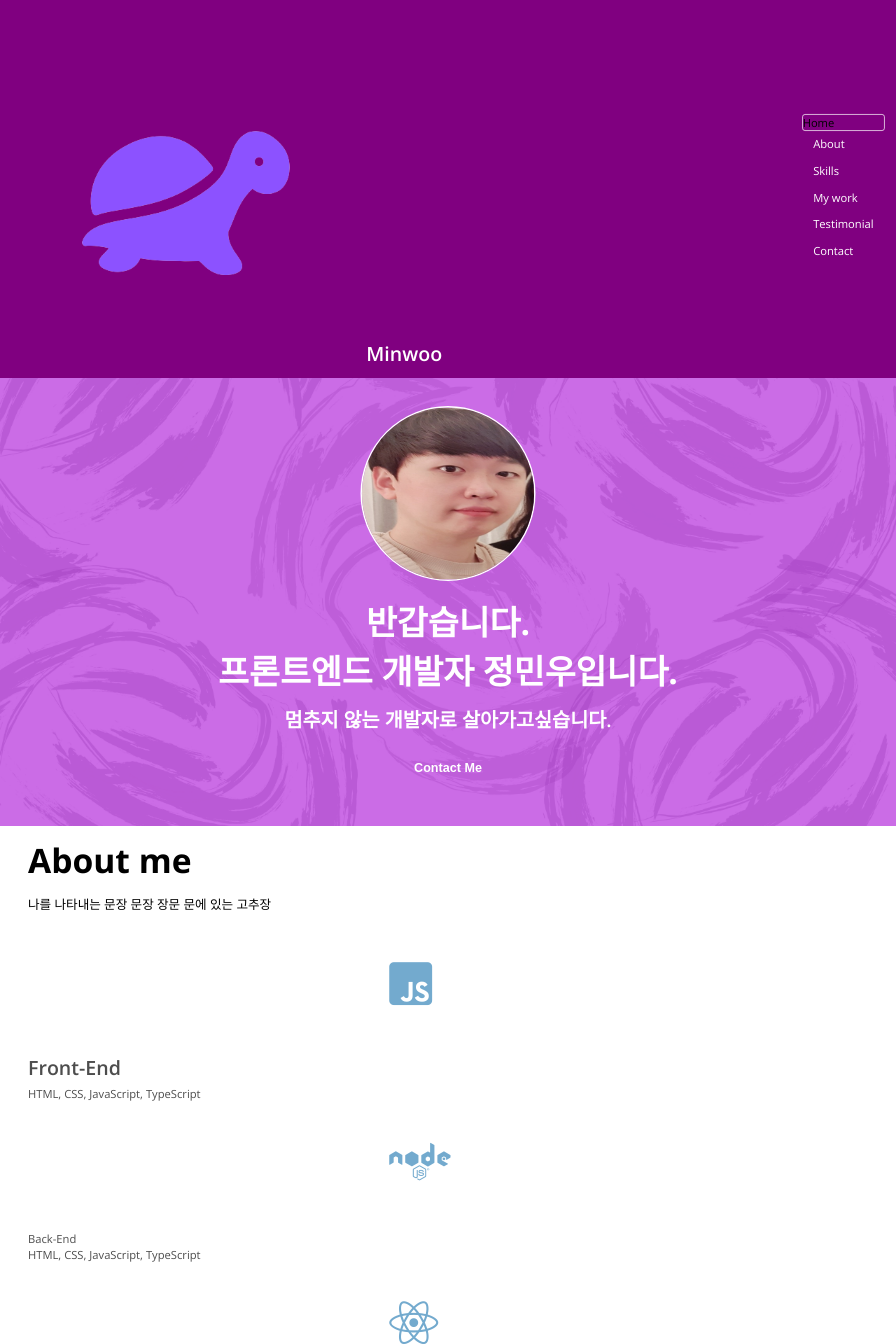
Repository: DevMinwoo-Jung/MinwooPortfolio
Page: index.html
These files come from the project's save history. The page is drawn as it stood at one moment and after the next save; the edit follows.
The browser window is 1280 px wide. The pictures show the part of the page from y = 0 to 1920 px (the page is 5955 px tall), at 70% of full size.

Above is the page before, as saved 2021-06-01 11:34:12.

### index.html
<!DOCTYPE html>
<html lang="en">
<head>
  <meta charset="UTF-8">
  <meta http-equiv="X-UA-Compatible" content="IE=edge">
  <meta name="viewport" content="width=device-width, initial-scale=1.0">
  <title>Minwoo's Portfolio</title>
  <meta name="description" content="(will be) world-renowned Front-End Web developer Minwoo">
  <meta name="author" content= "Minwoo Jung">
  <link rel="icon" type ="image/png" href="imgs/favicon.png">
  <link rel="stylesheet" href="https://use.fontawesome.com/releases/v5.15.3/css/all.css" integrity="sha384-SZXxX4whJ79/gErwcOYf+zWLeJdY/qpuqC4cAa9rOGUstPomtqpuNWT9wdPEn2fk" crossorigin="anonymous">
  <link rel="preconnect" href="https://fonts.gstatic.com">
<link href="https://fonts.googleapis.com/css2?family=Open+Sans:wght@400;600;700&display=swap" rel="stylesheet">
<link rel="stylesheet" href="style.css">
<script src="main.js" defer></script>
</head>
<body>
  <!-- Navbar -->
  <nav id="navbar">
    <div class="navbar__logo">
      <img src="imgs/favicon.png" alt="">
      <a href="#">Minwoo</a>
    </div>
    <div class="navbar__menu">
      <ul class="nvabar__menu">
        <li class="navbar__menu__item--active">Home</li>
        <li class="navbar__menu__item">About</li>
        <li class="navbar__menu__item">Skills</li>
        <li class="navbar__menu__item">My work</li>
        <li class="navbar__menu__item">Testimonial</li>
        <li class="navbar__menu__item">Contact</li>
      </ul>
    </div>
  <!-- Toggle Button -->
      <button class="navbar__toggle-btn">
        <i class="fas fa-bars"></i>
      </button>
  </nav>


  <!-- Home -->
  <section id="home">
    <img src="imgs/myPhoto.jpg" alt="Minwoo's profile photo" class="home__avatar">
    <h1 class="home__title">반갑습니다. <br> 프론트엔드 개발자 정민우입니다.</h1>
    <h2 class="home__description">멈추지 않는 개발자로 살아가고싶습니다.</h2>
    <button class="home__contact">Contact Me</button>
  </section>
  <!-- About -->
  <section id="about" class="section__container">
    <h1>About me</h1>
    <p>나를 나타내는 문장 문장 장문 문에 있는 고추장</p>
    <div class="about__majors">
      <div class="major">
        <div class="major__icon">
          <i class="fab fa-js-square"></i>
        </div>
        <h2 class="major__title">Front-End</h2>
        <div class="major__description">
          HTML, CSS, JavaScript, TypeScript
        </div>
      </div>
      <div class="major">
        <div class="major__icon">
          <i class="fab fa-node"></i>
        </div>
        <div class="major__title">Back-End</div>
        <div class="major__description">
          HTML, CSS, JavaScript, TypeScript
        </div>
      </div>
      <div class="major">
        <div class="major__icon">
          <i class="fab fa-react"></i>
        </div>
        <div class="major__title">Framework</div>
        <div class="major__description">
          HTML, CSS, JavaScript, TypeScript
        </div>
      </div>
    </div>
    <div class="aoubt__jobs">
      <div class="job">
        <img src="imgs/school.png" alt="" class="job__logo">
      </div>
      <div class="job__description">
        <p class="job__period">쌍용교육센터 - 2019.09 ~ 2020.04</p>
      </div>
      <div class="job">
        <img src="imgs/school.png" alt="" class="job__logo">
      </div>
      <div class="job__description">
        <p class="job__period">호서대학교 - 2012.02 ~ 2017.02</p>
      </div>
    </div>



  </section>
  <!-- Skills -->
  <section id="skills" class="section">
    <div class="section__container">
      <h1>Skills</h1>
      <h2>Skills & Attributes</h2>
      <p>
        나를 잘 포장할 말을 쓰면 된다
      </p>
      <div class="skillset">
        <div class="skillset__left">
          <h3 class="skillset__title">Skills</h3>
          <div class="skill">
            <div class="skill__description">
              <span>HTML</span>
              <span>90%</span>
            </div>
            <div class="skill__bar">
              <div class="skill__value" style="width: 99%;"></div>
            </div>
          </div>
          <div class="skill">
            <div class="skill__description">
              <span>JavaScript</span>
              <span>90%</span>
            </div>
            <div class="skill__bar">
              <div class="skill__value"  style="width: 99%;"></div>
            </div>
          </div>
          <div class="skill">
            <div class="skill__description">
              <span>CSS</span>
              <span>90%</span>
            </div>
            <div class="skill__bar">
              <div class="skill__value"  style="width: 90%;"></div>
            </div>
          </div>
          <div class="skill">
            <div class="skill__description">
              <span>TypeScript</span>
              <span>90%</span>
            </div>
            <div class="skill__bar">
              <div class="skill__value"  style="width: 85%;"></div>
            </div>
          </div>
          <div class="skill">
            <div class="skill__description">
              <span>NodeJs</span>
              <span>90%</span>
            </div>
            <div class="skill__bar">
              <div class="skill__value"  style="width: 80%;"></div>
            </div>
          </div>
        </div>
        <div class="skillset__right">
          <div class="tools">
            <h3 class="skillset__title">Tools</h3>
            <ul class="tools__list">
              <li><span>Visual Studio Code</span></li>
              <li><span>1</span></li>
              <li><span>2</span></li>
              <li><span>3</span></li>
              <li><span>4</span></li>
            </ul>
          </div>
          <div class="etc">
            <h3 class="skillset__title">Etc</h3>
            <ul class="etc__list">
              <li><span>Git</span></li>
              <li><span>Etc</span></li>
            </ul>
          </div>
        </div>
      </div>
    </div>
  </section>
  <!-- Work -->
  <section id="work" class="section">
<div class="section__container">
  <h1>My work</h1>
  <h3>Projects</h3>
  <div class="work__categories">
    <button class="category__btn active">All <span class="category__count">8</span></button>
    <button class="category__btn">Front-End <span class="category__count">3</span></button>
    <button class="category__btn">React <span class="category__count">2</span></button>
    <button class="category__btn">vanilaJs <span class="category__count">2</span></button>
    <button class="category__btn">nodeJs <span class="category__count">1</span></button>
  </div>
  <div class="work__projects">
    <a href="mygithub" class="project" target="blank" data-type="back-end">
    <img class="project__img" src="imgs/favicon.png" alt="project1">
    <!-- 이미지 추후에 넣자 -->
    <div class="project__description">
      <h3>Proejct</h3>
      <span>Clone coding with HTML and CSS</span>
    </div>
    </a>
    <a href="mygithub" class="project" target="blank" data-type="back-end">
      <img class="project__img" src="imgs/favicon.png" alt="project1">
      <!-- 이미지 추후에 넣자 -->
      <div class="project__description">
        <h3>Proejct</h3>
        <span>Clone coding with HTML and CSS</span>
      </div>
      </a>
      <a href="mygithub" class="project" target="blank" data-type="back-end">
        <img class="project__img" src="imgs/favicon.png" alt="project1">
        <!-- 이미지 추후에 넣자 -->
        <div class="project__description">
          <h3>Proejct</h3>
          <span>Clone coding with HTML and CSS</span>
        </div>
      </a>
      <a href="mygithub" class="project" target="blank" data-type="back-end">
        <img class="project__img" src="imgs/favicon.png" alt="project1">
        <!-- 이미지 추후에 넣자 -->
        <div class="project__description">
          <h3>Proejct</h3>
          <span>Clone coding with HTML and CSS</span>
        </div>
      </a>
      <a href="mygithub" class="project" target="blank" data-type="back-end">
        <img class="project__img" src="imgs/favicon.png" alt="project1">
        <!-- 이미지 추후에 넣자 -->
        <div class="project__description">
          <h3>Proejct</h3>
          <span>Clone coding with HTML and CSS</span>
        </div>
      </a>
      <a href="mygithub" class="project" target="blank" data-type="back-end">
        <img class="project__img" src="imgs/favicon.png" alt="project1">
        <!-- 이미지 추후에 넣자 -->
        <div class="project__description">
          <h3>Proejct</h3>
          <span>Clone coding with HTML and CSS</span>
        </div>
      </a>
      <a href="mygithub" class="project" target="blank" data-type="back-end">
        <img class="project__img" src="imgs/favicon.png" alt="project1">
        <!-- 이미지 추후에 넣자 -->
        <div class="project__description">
          <h3>Proejct</h3>
          <span>Clone coding with HTML and CSS</span>
        </div>
      </a>
      <a href="mygithub" class="project" target="blank" data-type="back-end">
        <img class="project__img" src="imgs/favicon.png" alt="project1">
        <!-- 이미지 추후에 넣자 -->
        <div class="project__description">
          <h3>Proejct</h3>
          <span>Clone coding with HTML and CSS</span>
        </div>
      </a>
  </div>
</div>
  </section>
  <!-- Testimonials -->
  <section id="testimonials" class="section">
<div class="section__container">
  <h1>Testmonials</h1>
  <h3>See what they say about me</h3>
  <div class="testimonials">
    <div class="testimonial">
      <img src="imgs/testimonail/people.jpg" alt="" class="testimonial__avatar">
      <div class="testimonail__speech-bubble">
        <p>Lorem Ipsum is simply dummy text of the printing and typesetting industry. Lorem Ipsum has been the industry's standard dummy text ever since the 1500s, when an unknown printer took a galley of type and scrambled it to make a type specimen book. It has survived not only five centuries, but also the leap into electronic typesetting, remaining essentially unchanged. It was popularised in the 1960s with the release of Letraset sheets containing Lorem Ipsum passages, and more recently with desktop publishing software like Aldus PageMaker including versions of Lorem Ipsum.</p>
        <p class="name"><a href="">이름</a>일한곳</p>
      </div>
    </div>
    <div class="testimonial">
      <div class="testimonail__speech-bubble">
        <p>Lorem Ipsum is simply dummy text of the printing and typesetting industry. Lorem Ipsum has been the industry's standard dummy text ever since the 1500s, when an unknown printer took a galley of type and scrambled it to make a type specimen book. It has survived not only five centuries, but also the leap into electronic typesetting, remaining essentially unchanged. It was popularised in the 1960s with the release of Letraset sheets containing Lorem Ipsum passages, and more recently with desktop publishing software like Aldus PageMaker including versions of Lorem Ipsum.</p>
        <p class="name"><a href="">이름</a>일한곳</p>
      </div>
      <img src="imgs/testimonail/people.jpg" alt="" class="testimonial__avatar">
    </div>
  </div>
</div>
  </section>
  <!-- Contact -->
  <section id="contact" class="section">
    <h1 class="contact__title">Let's talk</h1>
    <h2 class="contact__email">applejung312@gmail.com</h2>
    <div class="contact__links">
      <a href="https://github.com/DevMinwoo-Jung" target="_blank">
        <i class="fab fa-github"></i>
      </a>
      <a href="https://dev-minwoo.tistory.com/" target="_blank">
        <i class="fas fa-blog"></i>
      </a>
    </div>
    <p class="contact__right">
      2021 Minwoo Jung - All rights reseverd
    </p>
  </section>
</body>
</html>

### style.css
/* Global */
:root {
  /* Color */
  --color-white: #ffffff;
  --color-light-white: #eeeeee;
  --color-dark-white: #bdbdbd;
  --color-pink: #fe918d;
  --color-dark-pink: #ff6863;
  --color-dark-grey: #4d4d4d;
  --color-grey: #616161;
  --color-light-grey: #7c7979;
  --color-blue: #73aace;
  --color-yellow: #fff7d1;
  --color-orange: #feb546;
  --color-black: #000000;
  --color-dard-purple: rgb(78, 23, 69);

  /* Font size */
  --font-large: 48px;
  --font-medium: 28px;
  --font-regular: 18px;
  --font-small: 16px;
  --font-micro: 14px;

  /* Font weight */
  --weight-bold: 700;
  --weight-semi-bold: 600;
  --weight-regular: 400;

  /* Size */
  --size-border-radius: 4px;

  /* Animation Duration */
  --animation-duration: 300ms;
}

/* Universal tags */
* {
  box-sizing: border-box;
}

/* Typography */
h1 {
  font-size: var(--font-large);
  font-weight: var(--weight-bold);
  color: var(--color-black);
  margin: 16px 0px;
}

h2 {
  font-size: var(--font-medium);
  font-weight: var(--weight-semi-bold);
  color: var(--color-black);
  margin: 8px 0;
}

h3 {
  font-size: var(--font-regular);
  font-weight: var(--weight-regular);
  color: var(--color-black);
  margin: 8px 0;
}

p {
  font-size: var(--font-regular);
  font-weight: var(--weight-regular);
  color: var(--color-black);
  margin: 16px 0;
}

body {
  margin: 0;
  font-family: "Open Sans", sans-serif;
  cursor: default;
}

a {
  text-decoration: none;
  color: var(--color-white);
}

ul {
  list-style: none;
  padding-left: 0;
}

li {
  list-style: none;
}

button {
  background-color: transparent;
  cursor: pointer;
  border: none;
  outline: none;
}

/* Navbar */
#navbar {
  display: flex;
  justify-content: space-between;
  background-color: purple;
  align-items: center;
  padding: 16px;
}

.navbar__menu {
  display: flex;
}

.navbar__menu__item {
  padding: 8px 12px;
  margin: 0 4px;
  cursor: pointer;
  color: var(--color-white);
}

.navbar__menu__item--active {
  border: 1px solid var(--color-white);
  border-radius: var(--size-border-radius);
}

.navbar__menu__item:hover {
  background-color: var(--color-dard-purple);
  border-radius: var(--size-border-radius);
}

.navbar__logo {
  font-size: var(--font-medium);
  font-weight: var(--weight-semi-bold);
  color: white;
}
.navbar__toggle-btn {
  position: absolute;
  right: 32px;
  font-size: 24px;
  color: var(--color-white);
  top: 24px;
  display: none;
}

/* Home */
#home {
  background: url("imgs/background\ Img.png") center/cover no-repeat;
  padding: 40px;
  text-align: center;
}

.home__avatar {
  width: 250px;
  height: 250px;
  border-radius: 50%;
  border: 2px solid var(--color-white);
}

.home__title,
.home__description {
  color: var(--color-white);
}

.home__contact {
  color: var(--color-white);
  font-size: var(--font-regular);
  font-weight: var(--weight-bold);
  margin: 24px;
  padding: 8px 12px;
  border: 2px solid (var(--color-white));
  border-radius: var(--size-border-radius);
}

/* Section common */
.section {
  margin: auto;
  padding: 50px;
  text-align: center;
}

.section__container {
  max-width: 1200px;
  margin: auto;
}

/* About */
.aoubt__majors {
  display: flex;
  justify-content: space-between;
  margin: 80px 0;
}

.major__icon {
  width: 170px;
  height: 170px;
  font-size: 70px;
  line-height: 170px;
  margin: auto;
  border: 1px solid var(--color-white);
  border-radius: 50%;
  margin-bottom: 16px;
  color: var(--color-blue);
}

.major__icon:hover i {
  color: var(--color-pink);
  transform: rotate(-30deg) scale(1.1);
}

.major__icon i {
  transition: all var(--animation-duration) ease;
}

/*
.major__icon i:hover{
  이렇게하면 i에 올려났을때만 변하지만
  위처럼하면 icon에 올렸을때 i만 변한다
  color: var(--color-pink);
  transform: rotate(-30deg) scale(1.1);
} */

.major__title,
.major__description {
  color: var(--color-dark-grey);
}

.major__description {
  font-size: var(--font-small);
}

.job {
  display: flex;
  align-items: center;
}

.job__description {
  margin: 0 16px;
  text-align: left;
}

.job__name,
.job__period {
  color: var(--color-light-grey);
}

.job__name {
  font-size: var(--font-small);
}

.job__period {
  font-size: var(--font-micro);
}

/* Skill */
#skills {
  background-color: var(--color-yellow);
}

.skillset {
  display: flex;
  background-color: var(--color-light-grey);
  color: var(--color-light-white);
  margin: 20px 0;
}

.skillset__title {
  color: var(--color-white);
}

.skillset__left {
  flex-basis: 60%;
  background-color: var(--color-dark-grey);
  color: var(--color-white);
  padding: 20px 40px;
}

.skill__description {
  display: flex;
  justify-content: space-between;
}

.skillset__right {
  flex-basis: 40%;
}

.tools {
  background-color: var(--color-grey);
}

.skill__bar {
  width: 100%;
  height: 3px;
  background-color: var(--color-grey);
}

.skill {
  margin-bottom: 32px;
}

.skill__value {
  height: 3px;
  background-color: var(--color-orange);
}

.tolls,
.etc {
  padding: 20px;
}

/* Work */
.work__categories {
  margin: 40px;
}

.category__btn {
  border: 1px solid var(--color-dark-grey);
  border-radius: var(--size-border-radius);
  font-size: var(--font-regular);
  padding: 8px 48px;
}

.category__btn.active,
.category__btn:hover {
  background-color: var(--color-pink);
  color: var(--color-white);
}

.category__btn.active,
.category__count,
.category__btn:hover .category__count {
  opacity: 1;
  top: 0;
}
.category__count {
  background-color: var(--color-orange);
  border-radius: 50%;
  color: var(--color-white);
  width: 24px;
  height: 24px;
  display: inline-block;
  line-height: 24px;
  position: relative;
  top: -20px;
  left: 4px;
  opacity: 0;
  transition: all var(--animation-duration);
}

.work__projects {
  display: flex;
  flex-wrap: wrap;
  justify-content: center;
}

.project {
  width: 280px;
  display: flex;
  justify-content: center;
  align-items: center;
  height: 250px;
  margin: 2px;
  background-color: var(--color-light-white);
  position: relative;
}

.project__img {
  max-width: 100%;
  max-height: 100%;
}

.project__description {
  position: absolute;
  top: 0;
  left: 0;
  width: 100%;
  height: 100%;
  display: flex;
  flex-direction: column;
  justify-content: center;
  opacity: 0;
  transition: all var(--animation-duration) ease-in;
}

.project:hover .project__description {
  opacity: 0.8;
  transform: translateY(0px);
}

.project__description h3 {
  color: var(--color-white);
}

.project__description h3:after {
  content: "";
  width: 25px;
  height: 25px;
  display: block;
  position: relative;
  left: 50%;
  margin-left: -12px;
  background-color: var(--color-dark-white);
}

/* Testimonial */
#testimonials {
  background-color: var(--color-dark-white);
}

.testimonials {
  margin: 40px;
}

.testimonial {
  display: flex;
  margin: 32px 0;
}

.testimonial__avatar {
  width: 150px;
  height: 150px;
  border-radius: 50%;
}

.testimonial__avatar:nth-child(odd) {
  margin-right: 40px;
}

.testimonial__avatar:nth-child(even) {
  margin-left: 40px;
}

.testimonail__speech-bubble {
  padding: 18px;
  background-color: var(--color-white);
  border-radius: var(--size-border-radius);
}

.testimonail__speech-bubble p {
  color: var(--color-light-grey);
}

.testimonail__speech-bubble a {
  color: var(--color-pink);
}

/* Contact */

#contact {
  background-color: var(--color-pink);
}

.contact__title,
.contact__email,
.contact__rights {
  color: var(--color-white);
}

.contact__title {
  margin: 32px 0;
}

.contact__links {
  font-size: var(--font-large);
  margin: 24px 0;
}

.contact__links i:hover {
  transform: scale(1.1);
  color: var(--color-yellow);
  transition: all var(--animation-duration) ease-in;
}

@media screen and (max-width: 768px) {
  .navbar__toggle-btn {
    display: block;
  }
  #navbar {
    flex-direction: column;
    align-items: flex-start;
  }
  .navbar__menu {
    flex-direction: column;
    text-align: center;
    width: 100%;
    display: none;
  }

  .about__majors {
    flex-direction: column;
  }

  .major {
    margin-bottom: 38px;
  }

  .skillset {
    flex-direction: column;
  }

  .project {
    flex-grow: 1;
  }

  .testimonail__avatar {
    width: 80px;
    height: 80px;
  }
}

Loaded but not shown: main.js (no copy from this time; the picture is the same without it)

After the next save:
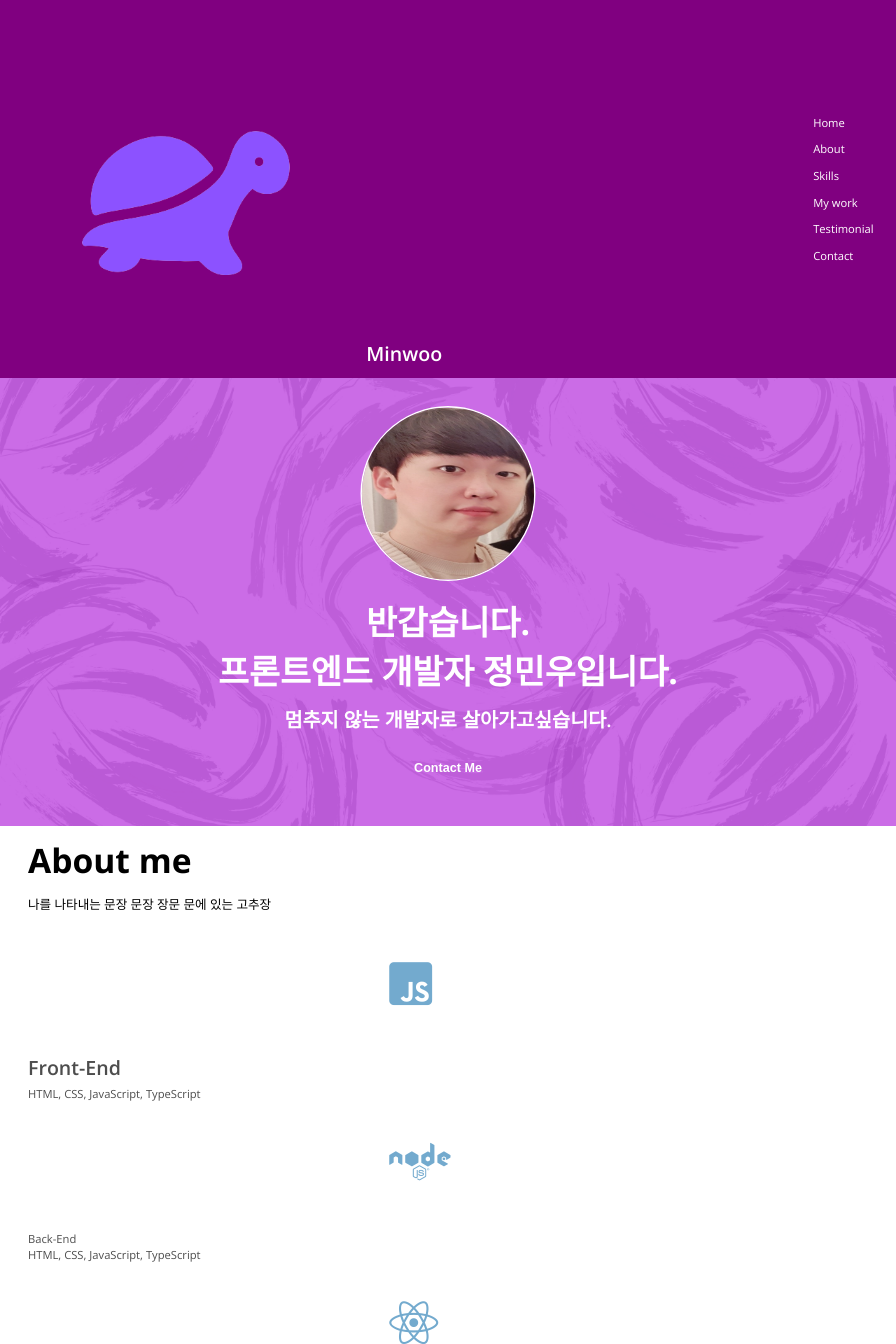
Saved 101 s later.
--- a/index.html
+++ b/index.html
@@ -23,7 +23,7 @@
     </div>
     <div class="navbar__menu">
       <ul class="nvabar__menu">
-        <li class="navbar__menu__item--active">Home</li>
+        <li class="navbar__menu__item active">Home</li>
         <li class="navbar__menu__item">About</li>
         <li class="navbar__menu__item">Skills</li>
         <li class="navbar__menu__item">My work</li>
